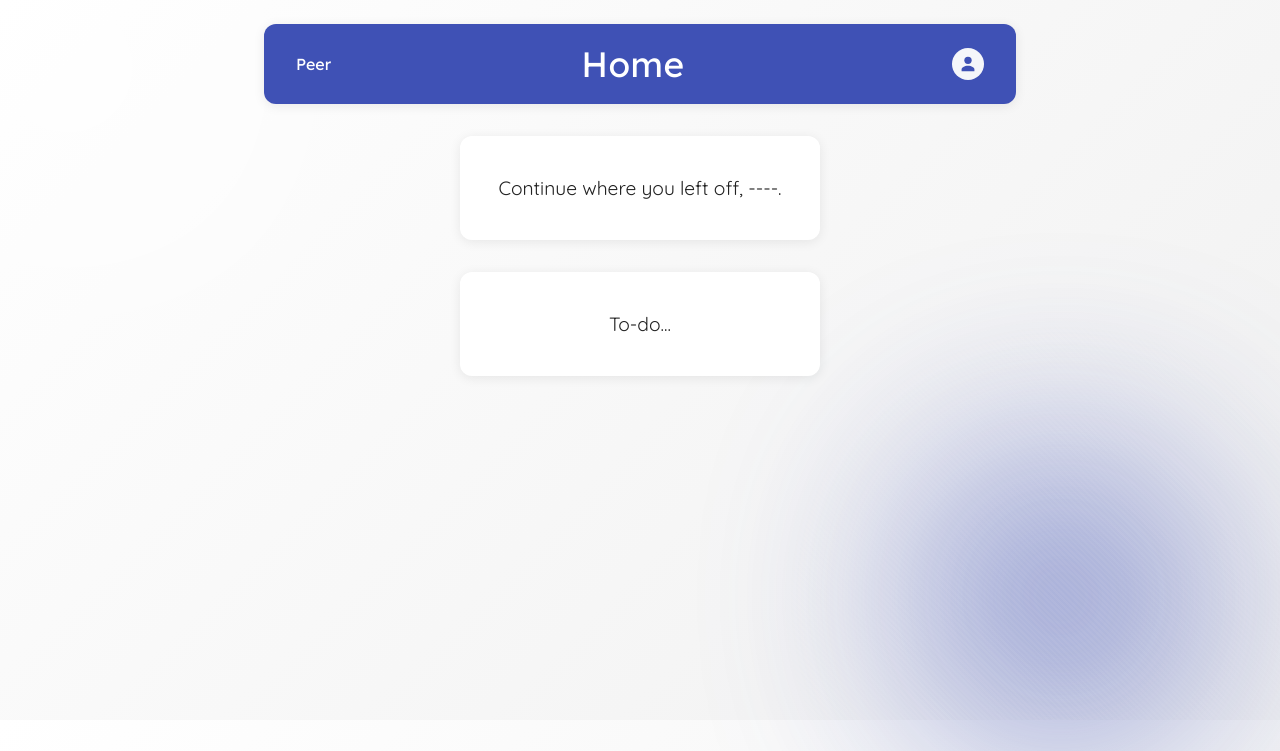
Repository: saifg123/Peer
Page: home.html
These files come from the project's save history. The page is drawn as it stood at one moment and after the next save; the edit follows.
The browser window is 1280 px wide. The pictures show the whole page.

Above is the page before, as saved 2025-05-24 20:34:07.

### home.html
<!DOCTYPE html>
<html lang="en">
<head>
  <meta charset="UTF-8" />
  <title>Peer – Home</title>
  <link
    href="https://fonts.googleapis.com/css2?family=Lexend:wght@100..900&family=Quicksand:wght@300..700&family=Rubik:ital,wght@0,300..900;1,300..900&display=swap"
    rel="stylesheet"
  />

  <style>
    /* ==============================================
       GLOBAL RESET & BODY SETUP
       ============================================== */
    * { box-sizing: border-box; margin: 0; padding: 0; }
    html, body {
      height: 100%;
      font-family: 'Quicksand', sans-serif;
    }
    body {
      position: relative;
      background: linear-gradient(135deg, #b3b3f5 0%, #ffe3e3 100%);
      transition: background 2s ease;
    }

    /* Animated blobs */
    body::before, body::after {
      content: "";
      position: absolute;
      border-radius: 50%;
      opacity: 0.5;
      animation: float 10s ease-in-out infinite alternate;
    }
    body::before {
      width: 500px; height: 500px;
      background: #fff;
      top: -200px; left: -200px;
      filter: blur(150px);
      animation-duration: 12s;
    }
    body::after {
      width: 300px; height: 300px;
      background: #3f51b5;
      top: 60%; left: 70%;
      filter: blur(100px);
      animation-duration: 8s;
      animation-delay: 2s;
    }
    @keyframes float {
      to { transform: translate3d(50px,50px,0) scale(1.1); opacity: 0.7; }
    }

    /* Subtle stripe texture */
    .stripe-overlay {
      pointer-events: none;
      position: absolute;
      inset: 0;
      background-image: repeating-linear-gradient(
        45deg,
        rgba(255,255,255,0.05) 0px,
        rgba(255,255,255,0.05) 2px,
        transparent 2px,
        transparent 4px
      );
      z-index: 1;
    }

    /* ==============================================
       CONTAINER & POSITIONING
       ============================================== */
    .container {
      position: relative;
      max-width: 800px;
      margin: 0 auto;
      padding: 24px;
      height: 100%;
      display: flex;
      flex-direction: column;
      align-items: center;
      justify-content: start;
      gap: 32px;
      z-index: 2; /* above blobs */
    }

    /* ==============================================
       HEADER
       ============================================== */
    .header {
      width: 100%;
      display: flex;
      align-items: center;
      justify-content: space-between;
      background: #3f51b5;
      padding: 18px 32px;
      border-radius: 12px;
      box-shadow: 0 2px 12px rgba(0,0,0,0.08);
    }
    .header-title {
      font-family: 'Lexend', sans-serif;
      display: flex;
      align-items: center;
      gap: 250px;
      color: #fff;
    }
    .header-home {
      font-size: 2.2rem;
      font-weight: 400;
      letter-spacing: 0.5px;
    }
    .guest-icon {
      width: 32px; height: 32px;
      background: #f5f6fa;
      border-radius: 50%;
      display: flex;
      align-items: center;
      justify-content: center;
    }
    .guest-icon svg {
      width: 22px; height: 22px;
      fill: #3f51b5;
    }

    /* ==============================================
       BOXES
       ============================================== */
    .box {
      background: #fff;
      border-radius: 12px;
      box-shadow: 0 2px 12px rgba(0,0,0,0.08);
      padding: 40px 32px;
      width: 100%;
      max-width: 360px;
      text-align: center;
      font-size: 1.2rem;
      color: #222;
      cursor: default;
      transition: background 0.3s ease;
    }
    .box:hover {
      background: #b3b3f5;
    }
    .continue-box { cursor: pointer; }
    .to-do-box { display: flex; align-items: center; justify-content: center; }

    /* ==============================================
       FADE-IN ANIMATION
       ============================================== */
    @keyframes fadeIn {
      from { opacity: 0; transform: translateY(10px); }
      to   { opacity: 1; transform: translateY(0); }
    }
    .fade-in {
      opacity: 0;
      animation: fadeIn 0.5s ease forwards;
    }
    /* stagger */
    .header.fade-in       { animation-delay: 0s; }
    .continue-box.fade-in { animation-delay: 0.5s; }
    .to-do-box.fade-in    { animation-delay: 1s; }
  </style>

  <script>
    document.addEventListener('DOMContentLoaded', () => {
      // enable click on “continue”
      const box = document.querySelector('.continue-box');
      if (box) {
        box.addEventListener('click', () => {
          window.location.href = 'app.html';
        });
      }
      // trigger fade-ins
      document.querySelectorAll('.fade-in')
        .forEach(el => el.classList.add('fade-in'));
    });

    window.addEventListener('load', () => {
      // switch to light gradient if you like
      document.body.style.background = 'linear-gradient(135deg, #fff 0%, #f0f0f0 100%)';
    });
  </script>
</head>

<body>
  <div class="stripe-overlay"></div>

  <div class="container">
    <div class="header fade-in">
      <div class="header-title">
        Peer <span class="header-home">Home</span>
      </div>
      <div class="guest-icon">
        <svg viewBox="0 0 24 24">
          <circle cx="12" cy="8" r="4"/>
          <path d="M12 14c-4 0-7 2-7 4v2h14v-2c0-2-3-4-7-4z"/>
        </svg>
      </div>
    </div>

    <div class="continue-box box fade-in">
      Continue where you left off, ----.
    </div>

    <div class="to-do-box box fade-in">
      To-do...
    </div>
  </div>
</body>
</html>

After the next save:
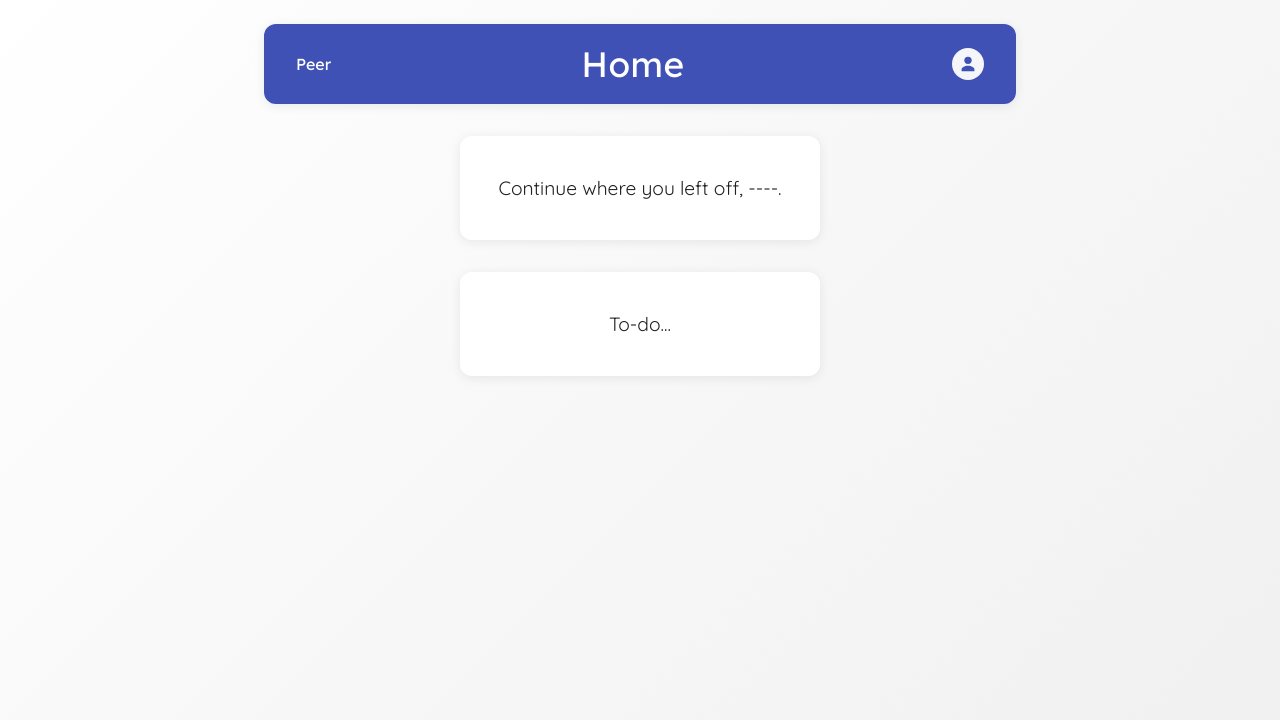
Saved 3 min 2 s later.
--- a/home.html
+++ b/home.html
@@ -24,13 +24,12 @@
     }
 
     /* Animated blobs */
-    body::before, body::after {
-      content: "";
-      position: absolute;
-      border-radius: 50%;
-      opacity: 0.5;
-      animation: float 10s ease-in-out infinite alternate;
-    }
+    body::before,
+body::after {
+  /* existing styles... */
+  transition: background 2s ease, filter 2s ease, opacity 2s ease;
+}
+
     body::before {
       width: 500px; height: 500px;
       background: #fff;

After the save that followed:
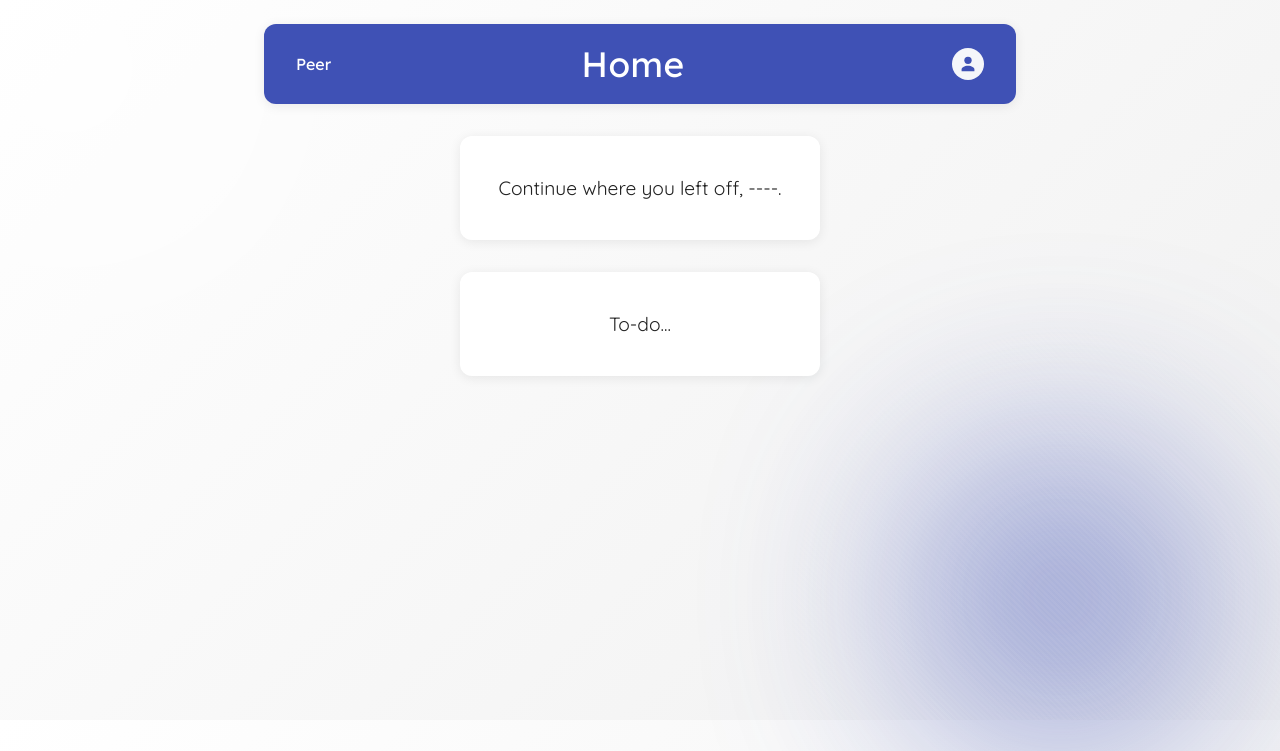
Saved 22 s later.
--- a/home.html
+++ b/home.html
@@ -22,14 +22,21 @@
       background: linear-gradient(135deg, #b3b3f5 0%, #ffe3e3 100%);
       transition: background 2s ease;
     }
-
-    /* Animated blobs */
     body::before,
 body::after {
   /* existing styles... */
   transition: background 2s ease, filter 2s ease, opacity 2s ease;
 }
 
+
+    /* Animated blobs */
+    body::before, body::after {
+      content: "";
+      position: absolute;
+      border-radius: 50%;
+      opacity: 0.5;
+      animation: float 10s ease-in-out infinite alternate;
+    }
     body::before {
       width: 500px; height: 500px;
       background: #fff;
